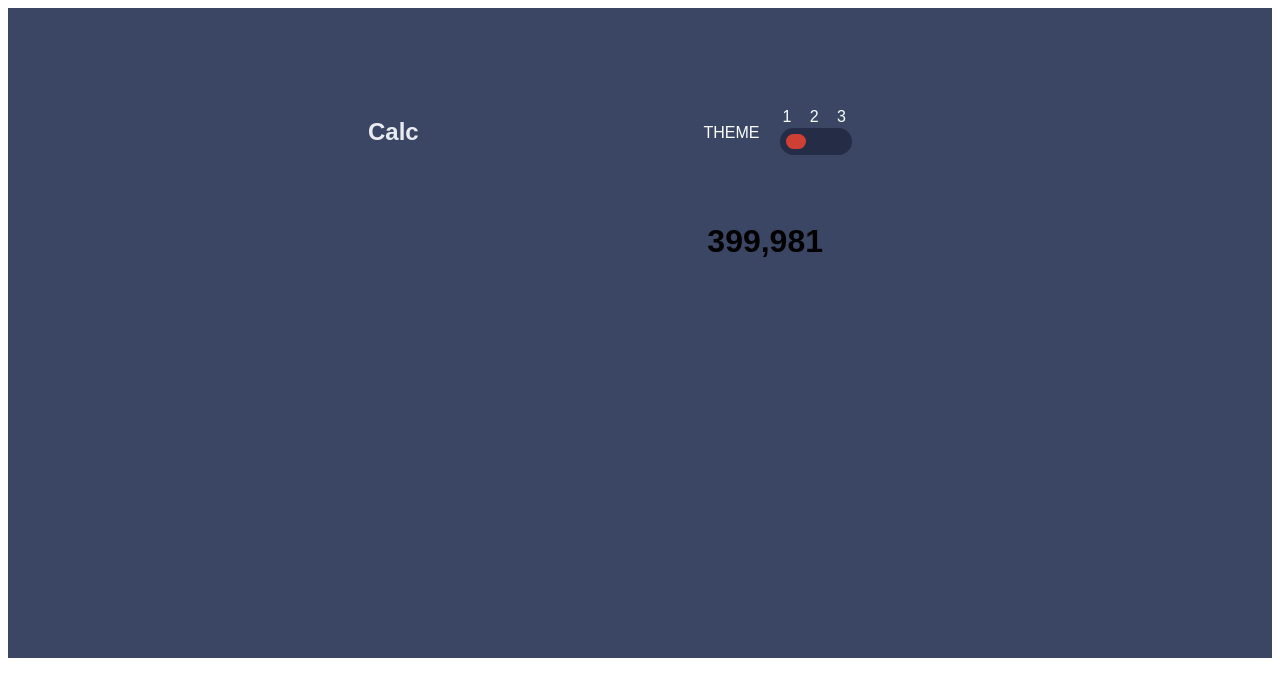
Repository: Bakyproit/Calcutor
Page: SimpleCalculatorApp.html
The author's editor kept a copy of each file at every save. The page is drawn from the files as they stood at one save, then again after a run of saves.
The browser window is 1280 px wide. The pictures show the whole page.

Above is the page before, as saved 2022-02-09 16:07:34.

After the next 3 saves:
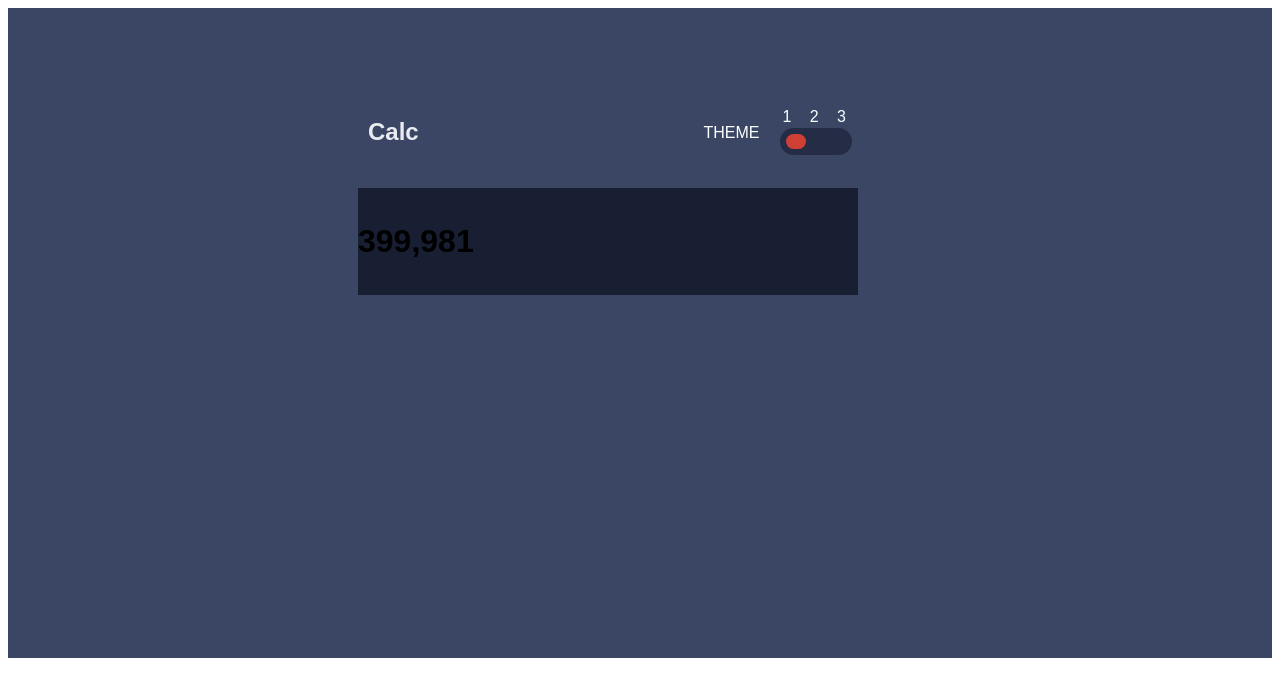
The 3 saves are shown as one change because they came seconds apart.
The last was saved 14 s later.
--- a/asset/App.css
+++ b/asset/App.css
@@ -91,10 +91,7 @@ h1{
 .app__content{
     background-color: #181f32;
     margin:30px 0;
-    position: relative;
 }
 .app__content-number{
     padding: 35px 0;
-    position: absolute;
-    right: 35px ;
 }
